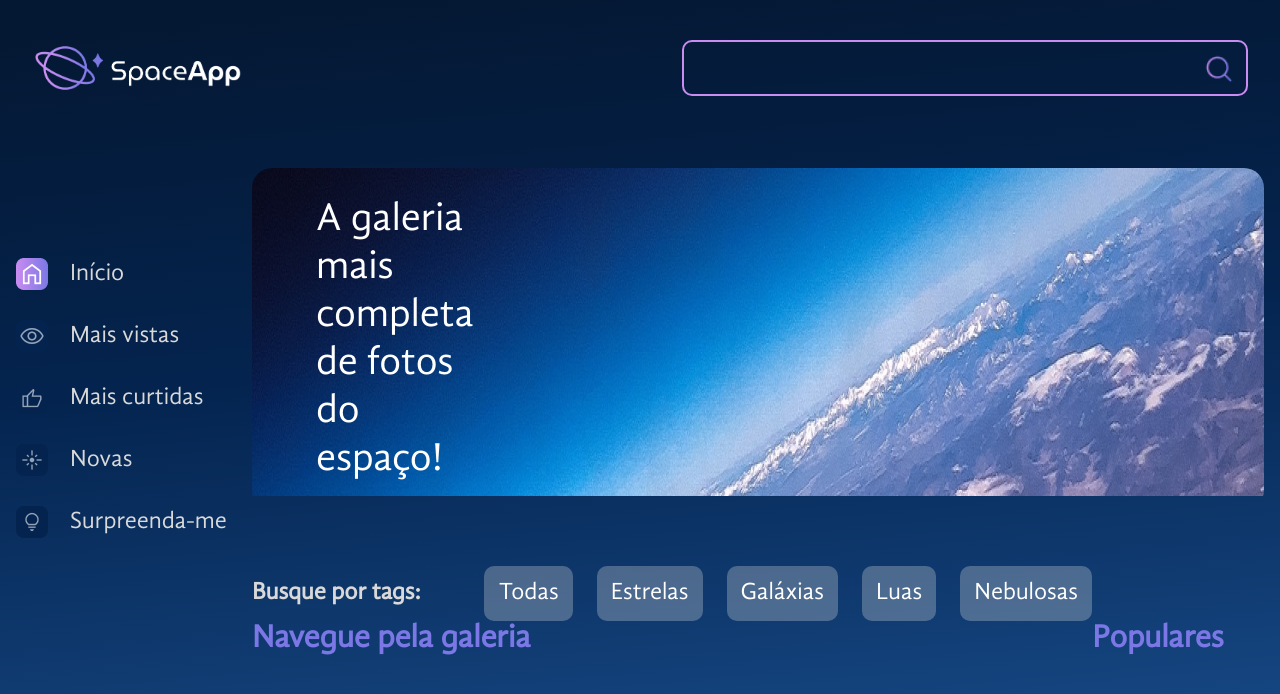
Repository: guilhermecardoso93/space-app-alura
Page: /
The author's editor kept a copy of each file at every save. The page is drawn from the files as they stood at one save, then again after the next save.
The browser window is 1280 px wide. The pictures show the whole page.
The project was rebuilt for these pictures with package versions that can differ from the ones it lists, and the page was loaded fresh each time. Also part of the build but not shown: vite.config.js.

Above is the page before, as saved 2024-06-21 20:58:22.

### index.html
<!doctype html>
<html lang="en">
  <head>
    <meta charset="UTF-8" />
    <link rel="icon" type="image/svg+xml" href="/imagens/logo.png" />
    <meta name="viewport" content="width=device-width, initial-scale=1.0" />
    <title>SpaceApp</title>
  </head>
  <body>
    <div id="root"></div>
    <script type="module" src="/src/main.jsx"></script>
  </body>
</html>

### src/App.jsx
import { Banner } from "./components/Banner";
import { EstilosGlobais } from "./components/EstilosGlobais";
import { Header } from "./components/Header";
import { SideBar } from "./components/SideBar";

import bannerBackground from "./assets/banner.png";
import {
  AppContainer,
  ConteudoGaleria,
  FundoGradiente,
  MainContainer,
} from "./styles";
import { Gallery } from "./components/Gallery";

export function App() {
  return (
    <FundoGradiente>
      <EstilosGlobais />
      <AppContainer>
        <Header />
        <MainContainer>
          <SideBar />
          <ConteudoGaleria>
            <Banner
              texto="A galeria mais completa de fotos do espaço!"
              backgroundImage={bannerBackground}
            />
            <Gallery />
          </ConteudoGaleria>
        </MainContainer>
      </AppContainer>
    </FundoGradiente>
  );
}

### src/components/Banner/index.jsx
import { styled } from "styled-components";

export function Banner(props) {
  return (
    <FigureEstilizada $backgroundImage={props.backgroundImage}>
      <TituloEstilizado>{props.texto}</TituloEstilizado>
    </FigureEstilizada>
  );
}

const FigureEstilizada = styled.figure`
  background-image: ${(props) => `url(${props.$backgroundImage})`};
  flex-grow: 1;
  background-repeat: no-repeat;
  display: flex;
  align-items: center;
  min-height: 328px;
  margin: 0;
  border-radius: 20px;
  max-width: 100%;
`;

const TituloEstilizado = styled.h1`
  font-weight: 400;
  font-size: 40px;
  line-height: 48px;
  color: #ffffff;
  max-width: 300px;
  padding: 0 64px;
`;

### src/components/EstilosGlobais/index.jsx
import { createGlobalStyle } from "styled-components";

import GandhiSansRegular from "./fonts/GandhiSans-Regular.otf";
import GandhiSansBold from "./fonts/GandhiSans-Bold.otf";

export const EstilosGlobais = createGlobalStyle`
  @font-face {
    font-family: 'GandhiSansRegular';
    src: local('Gandhi Sans Regular'), local('GandhiSansRegular'), url(${GandhiSansRegular});
  }
  @font-face {
    font-family: 'GandhiSansBold';
    src: local('Gandhi Sans Bold'), local('GandhiSansBold'), url(${GandhiSansBold});
  }

  * {
  margin: 0;
  padding: 0;
  box-sizing: border-box;
}

html {
  line-height: 1.15;
  -webkit-text-size-adjust: 100%;
  font-family: GandhiSansRegular;
}
body {
  margin: 0;
  min-height: 100vh;
}
main {
  display: block;
}
h1 {
  font-size: 2em;
  margin: 0.67em 0;
}
hr {
  box-sizing: content-box;
  height: 0;
  overflow: visible;
}
a {
  background-color: transparent;
}
abbr[title] {
  border-bottom: none;
  text-decoration: underline;
  text-decoration: underline dotted;
}
b,
strong {
  font-weight: bolder;
}
code,
kbd,
samp {
  font-family: monospace, monospace;
  font-size: 1em;
}
small {
  font-size: 80%;
}
sub,
sup {
  font-size: 75%;
  line-height: 0;
  position: relative;
  vertical-align: baseline;
}
sub {
  bottom: -0.25em;
}
sup {
  top: -0.5em;
}
img {
  border-style: none;
}
button,
input,
optgroup,
select,
textarea {
  font-family: inherit;
  font-size: 100%;
  line-height: 1.15;
  margin: 0;
}
button,
input {
  overflow: visible;
}
button,
select {
  text-transform: none;
}
button,
[type="button"],
[type="reset"],
[type="submit"] {
  -webkit-appearance: button;
}
button::-moz-focus-inner,
[type="button"]::-moz-focus-inner,
[type="reset"]::-moz-focus-inner,
[type="submit"]::-moz-focus-inner {
  border-style: none;
  padding: 0;
}
button:-moz-focusring,
[type="button"]:-moz-focusring,
[type="reset"]:-moz-focusring,
[type="submit"]:-moz-focusring {
  outline: 1px dotted ButtonText;
}
fieldset {
  padding: 0.35em 0.75em 0.625em;
}
legend {
  box-sizing: border-box;
  color: inherit;
  display: table;
  max-width: 100%;
  padding: 0;
  white-space: normal;
}
progress {
  vertical-align: baseline;
}
textarea {
  overflow: auto;
}
[type="checkbox"],
[type="radio"] {
  box-sizing: border-box;
  padding: 0;
}
[type="number"]::-webkit-inner-spin-button,
[type="number"]::-webkit-outer-spin-button {
  height: auto;
}
[type="search"] {
  -webkit-appearance: textfield;
  outline-offset: -2px;
}
[type="search"]::-webkit-search-decoration {
  -webkit-appearance: none;
}
::-webkit-file-upload-button {
  -webkit-appearance: button;
  font: inherit;
}
details {
  display: block;
}
summary {
  display: list-item;
}
template {
  display: none;
}
[hidden] {
  display: none;
}
`;

### src/components/Header/index.jsx
import { CampoTexto } from "../CampoTexto";
import { HeaderContainer } from "./styles";

export function Header() {
  return (
    <HeaderContainer>
      <img src="/imagens/logo.png" alt="Logo" />
      <CampoTexto />
    </HeaderContainer>
  );
}

### src/components/SideBar/index.jsx
import { SideBarContainer, SidebarLista } from "./styles";
import { ItemLista } from "./ItemLista";

export function SideBar() {
  return (
    <SideBarContainer>
      <nav>
        <SidebarLista>
          <a href="/">
            <ItemLista
              iconeAtivo="/icones/home-ativo.png"
              iconeInativo="/icones/home-inativo.png"
              ativo={true}
            >
              Início
            </ItemLista>
          </a>
          <ItemLista
            iconeAtivo="/icones/mais-vistas-ativo.png"
            iconeInativo="/icones/mais-vistas-inativo.png"
          >
            Mais vistas
          </ItemLista>
          <a href="/"></a>
          <ItemLista
            iconeAtivo="/icones/mais-curtidas-ativo.png"
            iconeInativo="/icones/mais-curtidas-inativo.png"
          >
            Mais curtidas
          </ItemLista>
          <ItemLista
            iconeAtivo="/icones/novas-ativo.png"
            iconeInativo="/icones/novas-inativo.png"
          >
            Novas
          </ItemLista>
          <a href="/"></a>
          <a href="/"></a>
          <ItemLista
            iconeAtivo="/icones/surpreenda-me-ativo.png"
            iconeInativo="/icones/surpreenda-me-inativo.png"
          >
            Surpreenda-me
          </ItemLista>
          <a href="/"></a>
        </SidebarLista>
      </nav>
    </SideBarContainer>
  );
}

### src/styles.js
import { styled } from "styled-components";

export const FundoGradiente = styled.div`
  background: linear-gradient(
    174.61deg,
    #041833 4.16%,
    #04244f 48%,
    #154580 96.76%
  );
  width: 100%;
  min-height: 100vh;
`;

export const AppContainer = styled.div`
  width: 1440px;
  max-width: 100%;
  margin: 0 auto;
  padding: 1rem;
`;

export const MainContainer = styled.main`
  display: flex;
  gap: 1.5rem;
  align-items: center;
`;

export const ConteudoGaleria = styled.section`
  display: flex;
  flex-direction: column;
  flex-grow: 1;
`;

### src/components/Gallery/index.jsx
import { Titulo } from "../Titulo";
import { SectionPopulares } from "./SectionPopulares";
import { Tags } from "./Tags";

import { GaleriaContainer, SecaoFluida, ImagensContainer } from "./styles";

export function Gallery({ fotos = [] }) {
  return (
    <div>
      <Tags />
      <GaleriaContainer>
        <SecaoFluida>
          <Titulo>Navegue pela galeria</Titulo>
          <ImagensContainer>
            {fotos.map((foto) => (
              <Imagem key={foto.id} foto={foto} />
            ))}
          </ImagensContainer>
        </SecaoFluida>
        <SectionPopulares />
      </GaleriaContainer>
    </div>
  );
}

### src/components/CampoTexto/index.jsx
import { ContainerEstilizado, IconeLupa, CampoTextoEstilizado} from './styles'
import search from './search.png'

export function CampoTexto(props) {
  return (
    <ContainerEstilizado>
        <CampoTextoEstilizado {...props} />
        <IconeLupa src={search} alt="ícone de lupa" />
    </ContainerEstilizado>
)
}

### src/components/Header/styles.js
import styled from "styled-components";

export const HeaderContainer = styled.header`
  padding: 60px 0;
  display: flex;
  justify-content: space-between;
  align-items: center;
  padding: 1rem;
  margin-bottom: 3rem;

  img {
    max-width: 212px;
  }
`;

### src/components/SideBar/styles.js
import styled from "styled-components";

export const SideBarContainer = styled.aside`
  a {
    text-decoration: none;
  }
`;

export const SidebarLista = styled.ul`
  list-style: none;
  padding: 0;
  margin: 0;
  width: 212px;
`;

### src/components/SideBar/ItemLista/index.jsx
/* eslint-disable react/prop-types */
import styled from "styled-components";

export function ItemLista(props) {
  return (
    <ItemListaLi>
      <img src={props.ativo ? props.iconeAtivo : props.iconeInativo} alt="" />
      {props.children}
    </ItemListaLi>
  );
}

const ItemListaLi = styled.li`
  font-size: 24px;
  line-height: 29px;
  margin-bottom: 30px;
  cursor: pointer;
  color: ${(props) => (props.$ativo ? "#7B78E5" : "#D9D9D9")};
  font-family: ${(props) =>
    props.$ativo ? "GandhiSansBold" : "GandhiSansRegular"};
  display: flex;
  align-items: center;
  gap: 22px;
`;

### src/components/Titulo/index.jsx
import styled from "styled-components";

export const Titulo = styled.h2`
  color: #7b78e6;
  font-size: 32px;
  text-align: ${(props) => (props.$alinhamento ? props.$alinhamento : "left")};
`;

### src/components/Gallery/SectionPopulares/index.jsx
import { Titulo } from "../../Titulo";

export function SectionPopulares() {
  return (
    <div style={{ minWidth: 212 }}>
      <Titulo $alinhamento="center">Populares</Titulo>
    </div>
  );
}

### src/components/Gallery/Tags/index.jsx
import { TagTitulo, TagsContainer, Div, Tag } from "./styles";
import tags from "./tags.json";

export function Tags() {
  return (
    <TagsContainer>
      <TagTitulo>Busque por tags:</TagTitulo>
      <Div>
        {tags.map((tag) => (
          <Tag key={tag.id}>{tag.titulo}</Tag>
        ))}
      </Div>
    </TagsContainer>
  );
}

### src/components/Gallery/styles.js
import styled from "styled-components";

export const GaleriaContainer = styled.div`
    display: flex;
    gap: 24px;
`

export const SecaoFluida = styled.section`
    flex-grow: 1;
`

export const ImagensContainer = styled.section`
    display: flex;
    justify-content: space-between;
    flex-wrap: wrap;
    gap: 24px;
`

### src/components/CampoTexto/styles.js
import { styled } from "styled-components";

export const ContainerEstilizado = styled.div`
  position: relative;
  display: inline-block;
`;

export const CampoTextoEstilizado = styled.input`
  height: 56px;
  padding: 12px 16px;
  border-radius: 10px;
  border: 2px solid;
  border-color: #c98cf1;
  background: transparent;
  box-sizing: border-box;
  width: 566px;
  color: #d9d9d9;
  font-weight: 400;
  font-size: 20px;
  line-height: 20px;
`;

export const IconeLupa = styled.img`
  position: absolute;
  top: 10px;
  right: 10px;
  width: 38px;
  height: 38px;
`;

### src/components/Gallery/Tags/styles.js
import { styled } from 'styled-components';
import tags from './tags.json'

export const TagsContainer = styled.section`
    display: flex;
    align-items: center;
    gap: 64px;
    margin-top: 56px;
`

export const TagTitulo = styled.h3`
    color: #D9D9D9;
    font-size: 24px;
    margin: 0;
`;

export const Tag = styled.button`
    font-size: 24px;
    color: #FFFFFF;
    background: rgba(217, 217, 217, 0.3);
    border-radius: 10px;
    cursor: pointer;
    transition: background-color 0.3s ease;
    padding: 12px;
    box-sizing: border-box;
    border: 2px solid transparent;
    &:hover {
      border-color: #C98CF1;
    }
`

export const Div = styled.div`
    display: flex;
    gap: 24px;
    justify-content: end;
`

### src/components/Gallery/Tags/tags.json
[
  {
    "id": 0,
    "titulo": "Todas"
  },
  {
    "id": 1,
    "titulo": "Estrelas"
  },
  {
    "id": 2,
    "titulo": "Galáxias"
  },
  {
    "id": 3,
    "titulo": "Luas"
  },
  {
    "id": 4,
    "titulo": "Nebulosas"
  }
]

Loaded but not shown: src/main.jsx (common file)

After the next save:
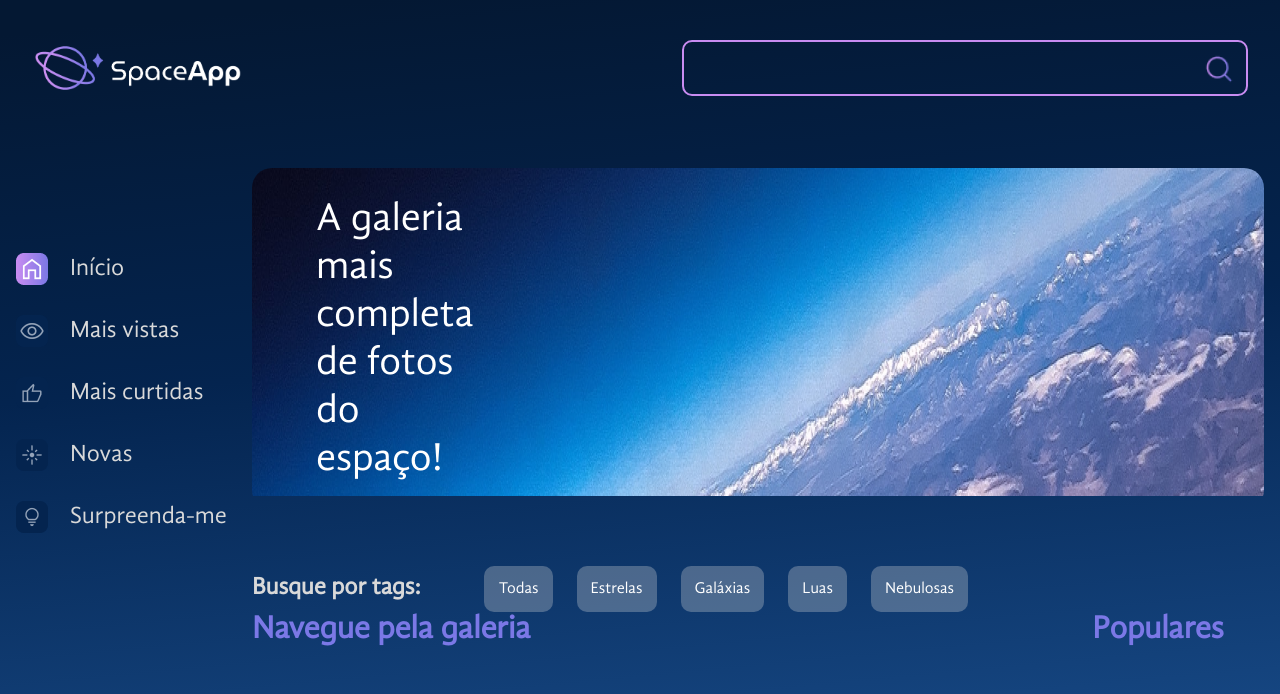
Saved 18 s later.
--- a/src/components/Gallery/Tags/styles.js
+++ b/src/components/Gallery/Tags/styles.js
@@ -15,7 +15,7 @@ export const TagTitulo = styled.h3`
 `;
 
 export const Tag = styled.button`
-    font-size: 24px;
+    font-size: 1rem;
     color: #FFFFFF;
     background: rgba(217, 217, 217, 0.3);
     border-radius: 10px;
